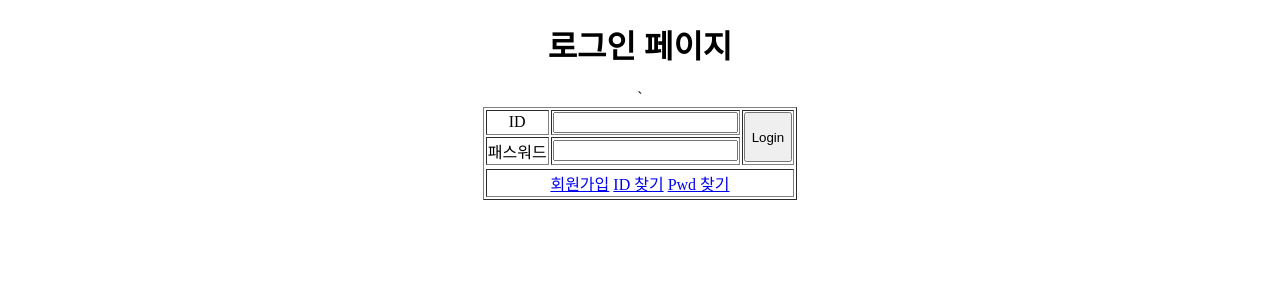
Repository: wake45/Web_Programming_Project
Page: Web_기말프로젝트_20145150_이상욱/WebP/WebContent/login.html
An editor plug-in stored every save of this project. The page is shown before and after the next save, followed by the edit.
The browser window is 1280 px wide. The pictures show the whole page.

Above is the page before, as saved 2018-06-15 04:13:45.

### Web_기말프로젝트_20145150_이상욱/WebP/WebContent/login.html
<!DOCTYPE html>
<html>
<head>
<meta charset="EUC-KR">
<title>Insert title here</title>
</head>
<body>
<form method=post action=login.jsp>
<center>
<h1>로그인 페이지</h1>`
	<table border=collapse>
		<tr>
			<td align="center">ID
			<td> <input type=text name=id>
			<td rowspan="2" align="center"><input type=submit value=Login style="height: 50px;"></td>
		<tr>
			<td align="center">패스워드
			<td><input type=password name=password>

		<tr>
		<tr>
			<td colspan="4" align="center">
			<a href="regist.html">회원가입</a>
			<a href="findId.html">ID 찾기</a>
			<a href="findPwd.html">Pwd 찾기</a>
		</tr>
	</table>
	</center>
</form>
</body>
</html>

After the next save:
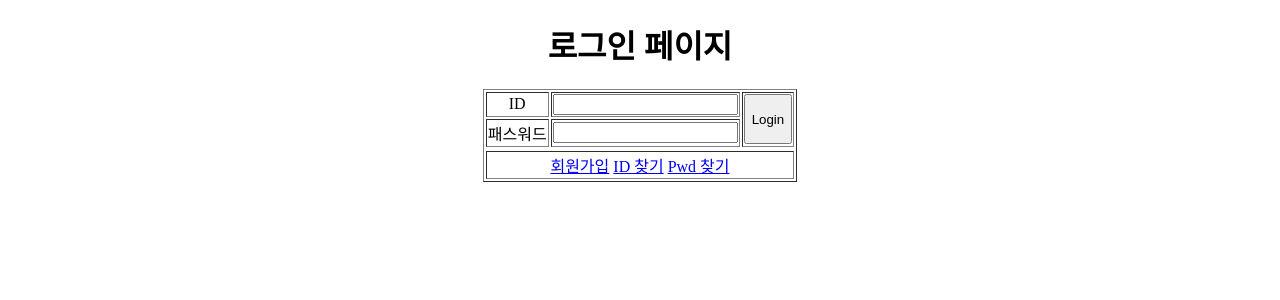
Saved 1 s later.
--- a/Web_기말프로젝트_20145150_이상욱/WebP/WebContent/login.html
+++ b/Web_기말프로젝트_20145150_이상욱/WebP/WebContent/login.html
@@ -7,7 +7,7 @@
 <body>
 <form method=post action=login.jsp>
 <center>
-<h1>로그인 페이지</h1>`
+<h1>로그인 페이지</h1>
 	<table border=collapse>
 		<tr>
 			<td align="center">ID
